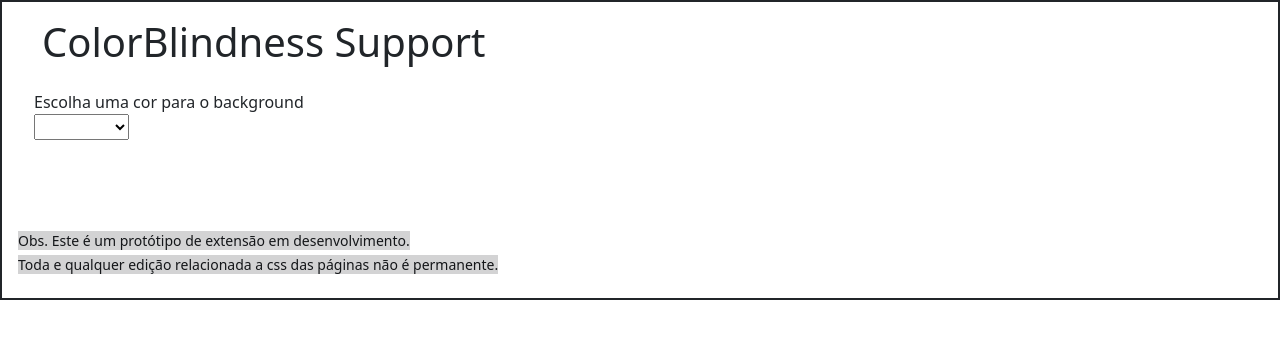
Repository: pedrosiqueira/daltonchrome
Page: popup.html
An editor plug-in stored every save of this project. The page is shown before and after the next save, followed by the edit.
The browser window is 1280 px wide. The pictures show the whole page.

Above is the page before, as saved 2022-06-17 13:14:57.

After the next save:
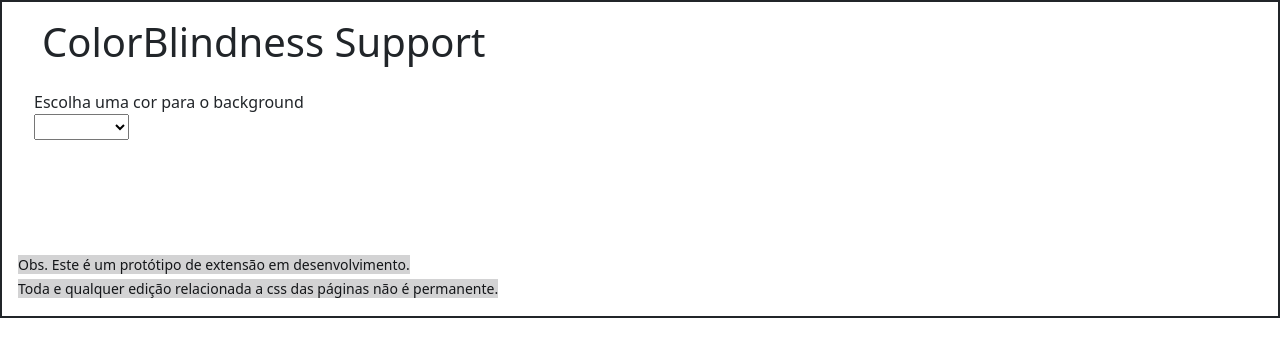
Saved 8 s later.
--- a/popup.html
+++ b/popup.html
@@ -31,7 +31,7 @@
             <option value="blue">Azul</option>
         </select>
     </div>
-    <br> <br><br>
+    <br> <br><br><br>
     <alert id="alert" class="alert-dark form-text">Obs. Este é um protótipo de extensão em desenvolvimento.<br>
     Toda e qualquer edição relacionada a css das páginas não é permanente.
     </alert>
